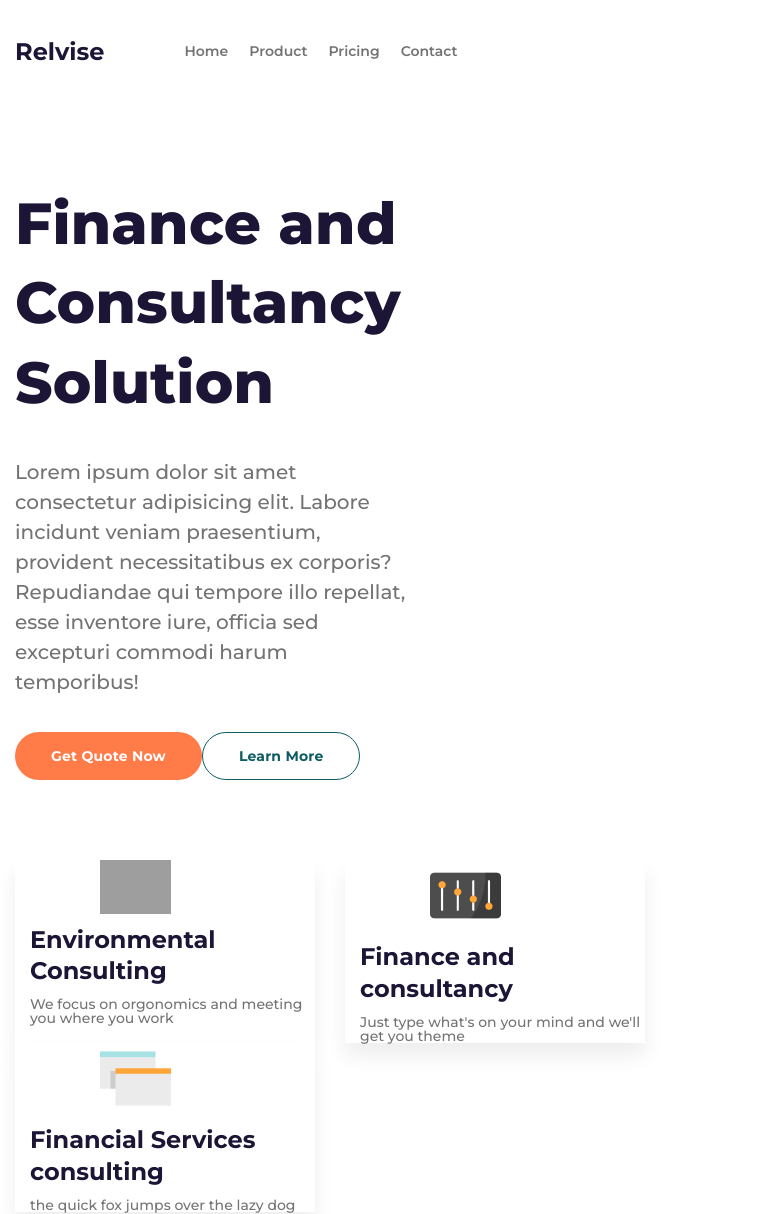
Repository: usalokiN/simple-project
Page: index.html
The author's editor kept a copy of each file at every save. The page is drawn from the files as they stood at one save, then again after the next save.
The browser window is 768 px wide. The pictures show the whole page.
Pictures or frames that could not be fetched are drawn as grey boxes.

Above is the page before, as saved 2022-01-16 23:27:56.

After the next save:
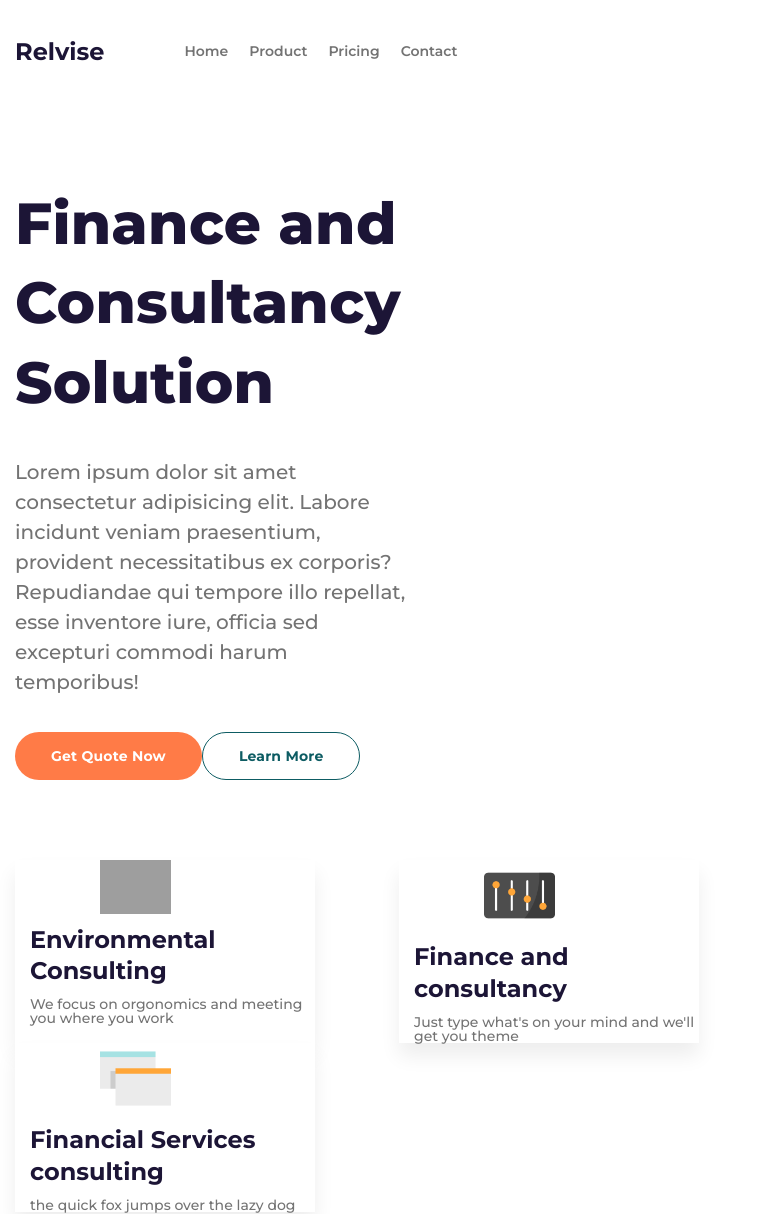
Saved 20 s later.
--- a/css/style.css
+++ b/css/style.css
@@ -278,7 +278,9 @@
                     }
 
                     @media (max-width:992px) {
-                        flex: 0 1 33.333%;
+                        .services__column {
+                            flex: 0 1 50%;
+                        }
                     }
 
                     .services__item {
